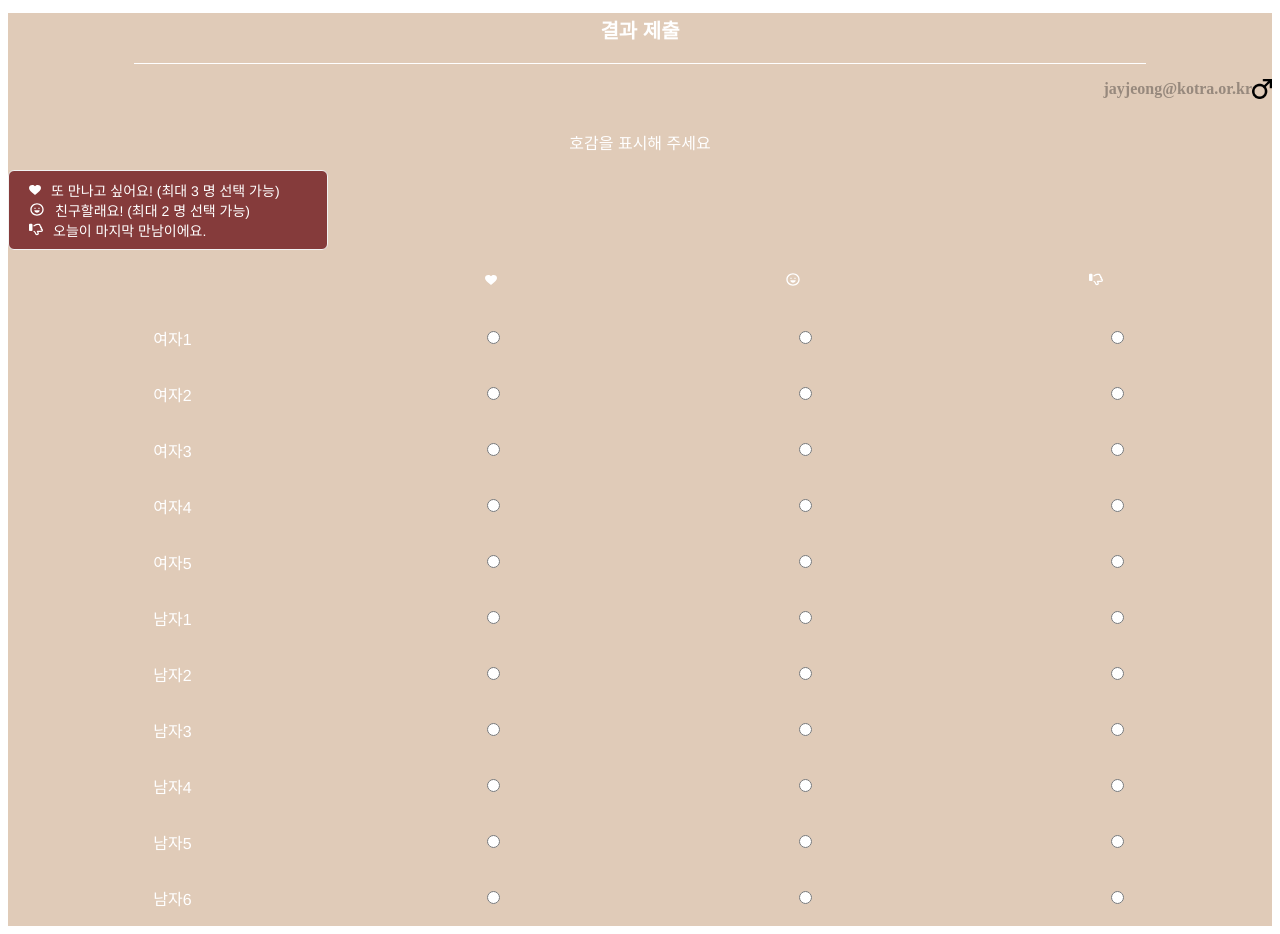
Repository: Jay-Jeong1988/speed_dating_pwa
Page: /submit_result
These files come from the project's save history. The page is drawn as it stood at one moment and after the next save; the edit follows.
The browser window is 1280 px wide. The pictures show the whole page.
The project was rebuilt for these pictures with package versions that can differ from the ones it lists, and the page was loaded fresh each time. Also part of the build but not shown: vue.config.js, src/views/LoginPage.vue, src/views/DashBoard.vue, src/components/no_reservation_card.vue, src/views/BookedEventsPage.vue.

Above is the page before, as saved 2023-02-12 23:07:26.

After the next save:
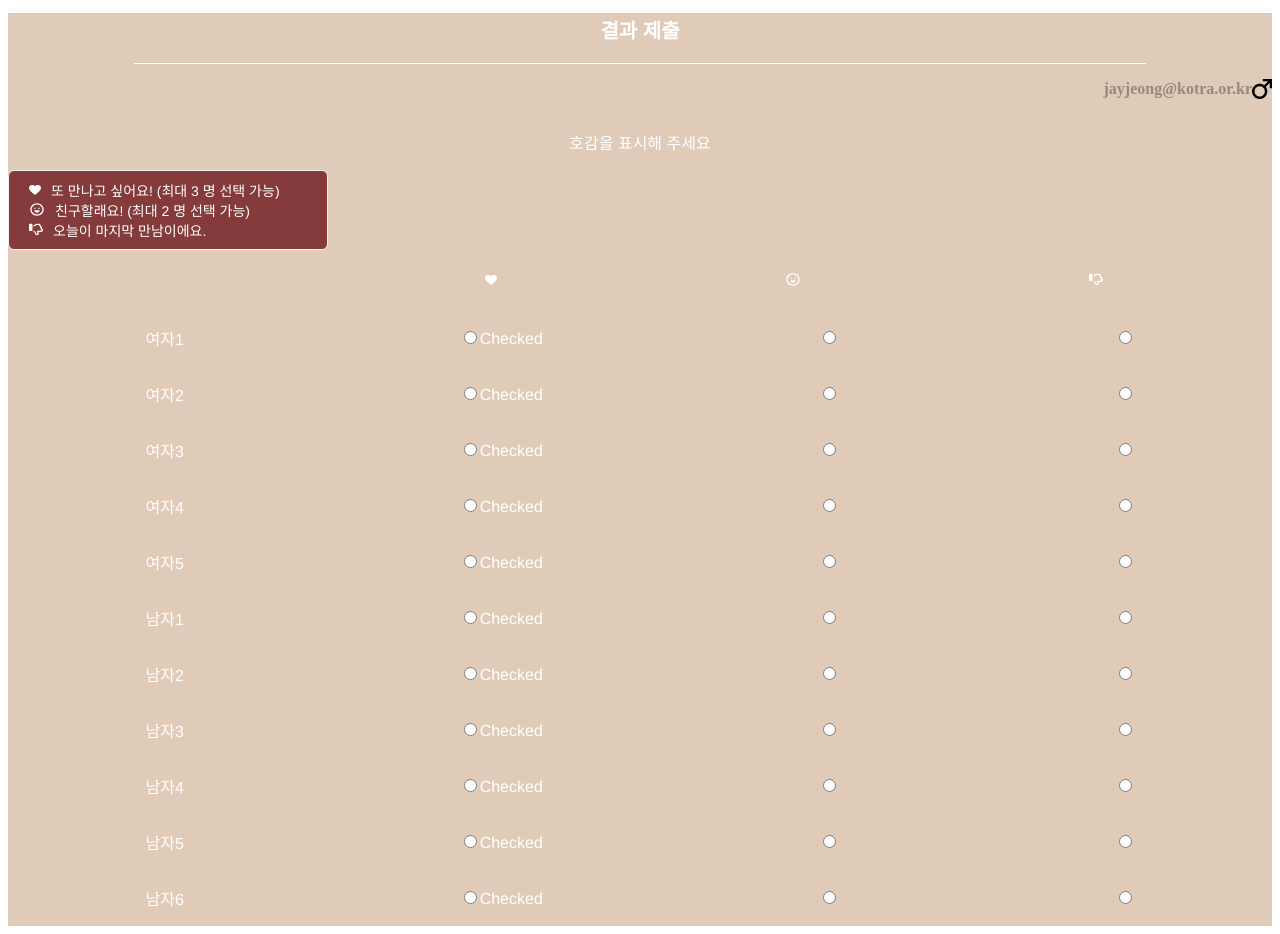
Saved 13 s later.
--- a/src/views/SubmitResultPage.vue
+++ b/src/views/SubmitResultPage.vue
@@ -37,7 +37,7 @@
           </label> -->
           <div class="radio">
             <input type="radio" :id="participant.id" :name="participant.name" value="HTML" />
-
+            <label for="radio-1" class="radio-label">Checked</label>
           </div>
           <div class="radio">
             <input type="radio" :id="participant.id" :name="participant.name" value="HTML" />

After the save that followed:
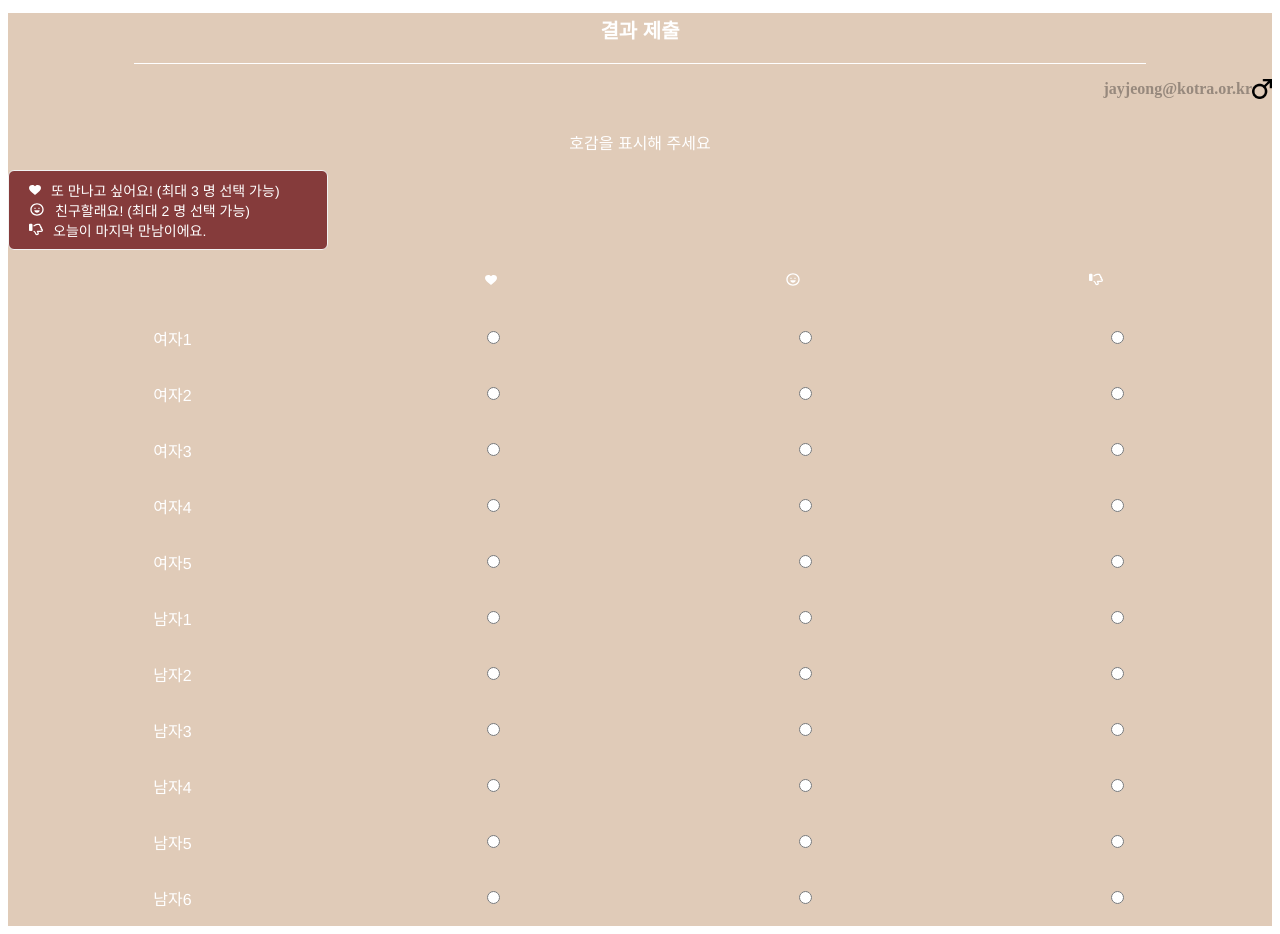
Saved 4 s later.
--- a/src/views/SubmitResultPage.vue
+++ b/src/views/SubmitResultPage.vue
@@ -37,7 +37,7 @@
           </label> -->
           <div class="radio">
             <input type="radio" :id="participant.id" :name="participant.name" value="HTML" />
-            <label for="radio-1" class="radio-label">Checked</label>
+            <label for="radio-1" class="radio-label"></label>
           </div>
           <div class="radio">
             <input type="radio" :id="participant.id" :name="participant.name" value="HTML" />
